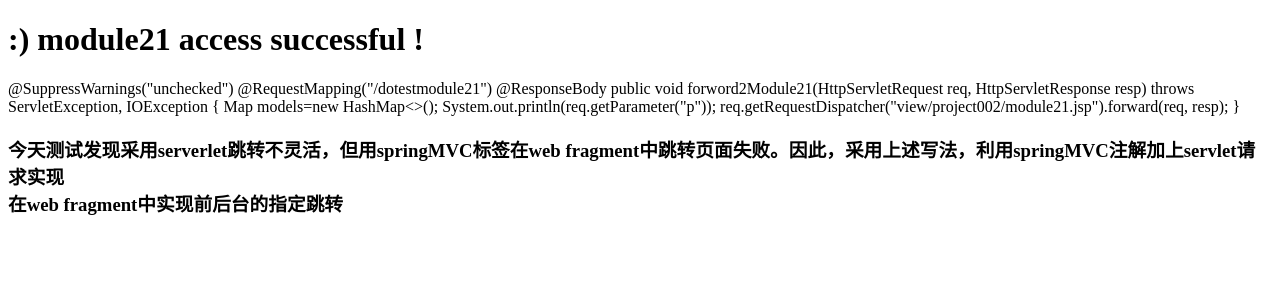
Repository: gao2951713/UsefulCompant
Page: http://localhost/subProject0002/src/META-INF/resources/view/project002/module21.jsp
The author's editor kept a copy of each file at every save. The page is drawn from the files as they stood at one save, then again after the next save.
The browser window is 1280 px wide. The pictures show the whole page.
The page is served by Tomcat 9. Other server files are loaded and not shown.

Above is the page before, as saved 2015-05-12 15:28:26.

### subProject0002/src/META-INF/resources/view/project002/module21.jsp
<%@ page language="java" contentType="text/html; charset=UTF-8" pageEncoding="UTF-8"%>
<%@ taglib prefix="c" uri="http://java.sun.com/jsp/jstl/core" %>
<!DOCTYPE html>
<html lang="zh-cn">
	<head>
		<title>this is a test page for sub module</title>
	</head>
	<body>
	<h1> :) module21 access successful !</h1>
	<p>@SuppressWarnings("unchecked")
	@RequestMapping("/dotestmodule21")
	@ResponseBody
	public void forword2Module21(HttpServletRequest req, HttpServletResponse resp)
			throws ServletException, IOException {
		Map models=new HashMap<>();
		System.out.println(req.getParameter("p"));
		 req.getRequestDispatcher("view/project002/module21.jsp").forward(req, resp);
	}
	</p>
	<h3>今天测试发现采用serverlet跳转不灵活，但用springMVC标签在web fragment中跳转页面失败。因此，采用上述写法，利用springMVC注解加上servlet请求实现<br>
	在web fragment中实现前后台的指定跳转</h3>
	</body>
</html>

After the next save:
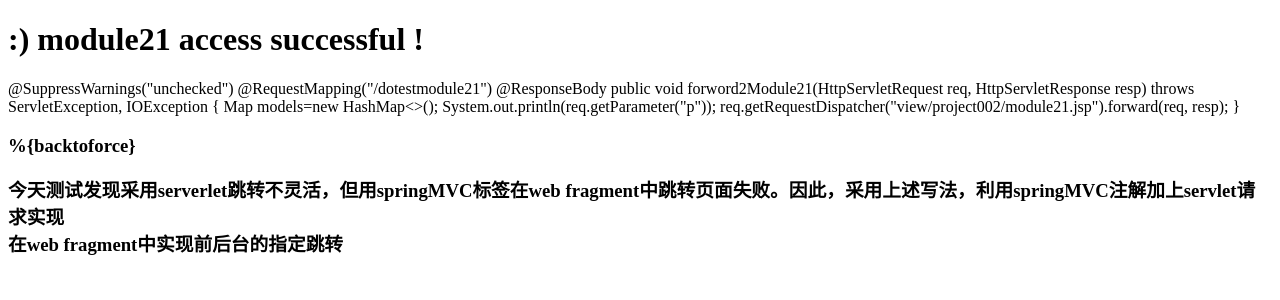
Saved 60 s later.
--- a/subProject0002/src/META-INF/resources/view/project002/module21.jsp
+++ b/subProject0002/src/META-INF/resources/view/project002/module21.jsp
@@ -17,6 +17,7 @@
 		 req.getRequestDispatcher("view/project002/module21.jsp").forward(req, resp);
 	}
 	</p>
+	<h3>%{backtoforce}</h3>
 	<h3>今天测试发现采用serverlet跳转不灵活，但用springMVC标签在web fragment中跳转页面失败。因此，采用上述写法，利用springMVC注解加上servlet请求实现<br>
 	在web fragment中实现前后台的指定跳转</h3>
 	</body>
